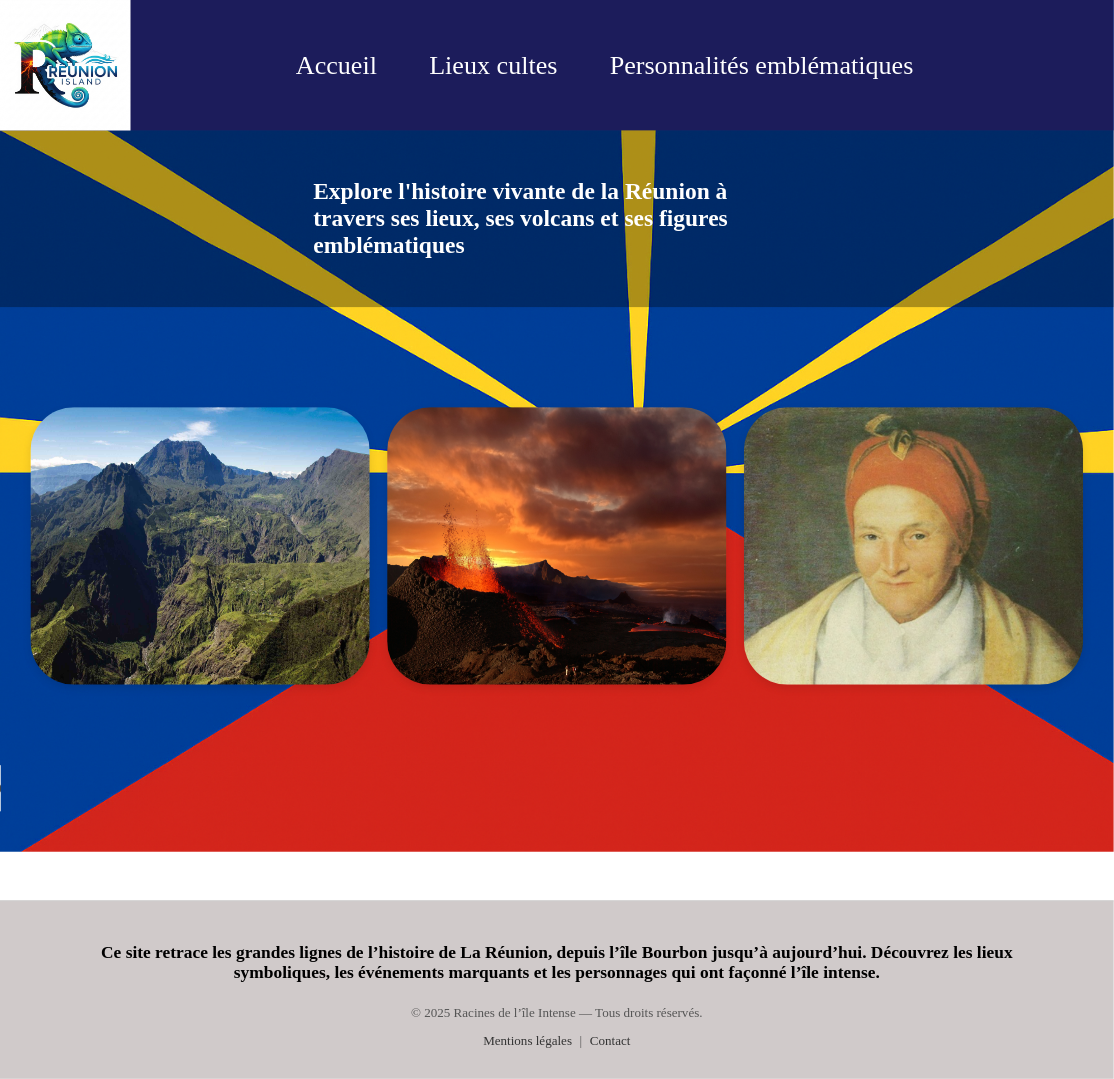
Repository: racinesintense974/Racines-de-lile-intense
Page: index.html
An editor plug-in stored every save of this project. The page is shown before and after the next save, followed by the edit.
The browser window is 1280 px wide. The pictures show the whole page, at 87% of full size.

Above is the page before, as saved 2026-02-12 14:35:14.

After the next save:
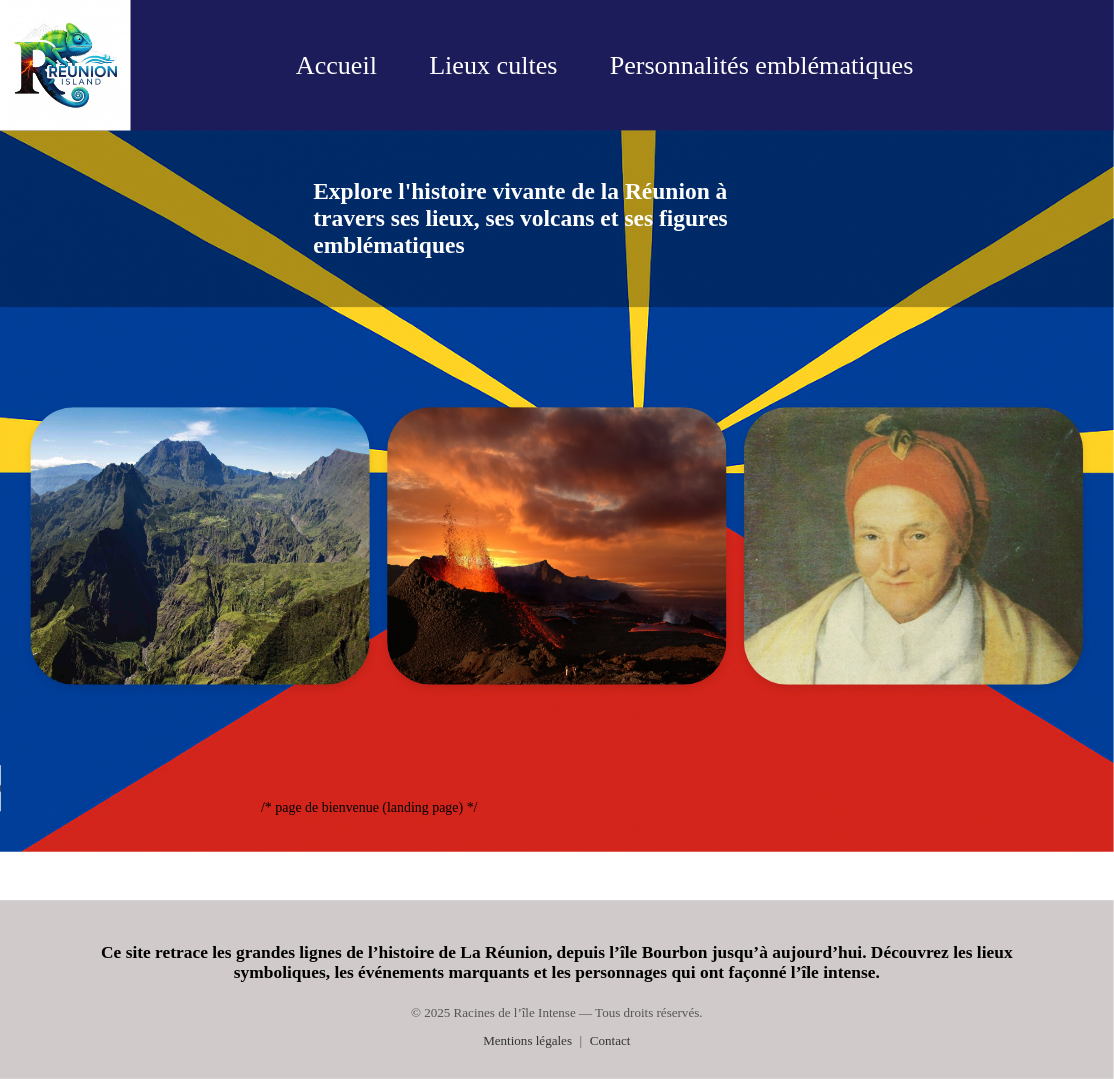
Saved 8 s later.
--- a/index.html
+++ b/index.html
@@ -69,7 +69,7 @@
 
 <audio controls>
   <source src="BASTER - Marmay Lontan.mp3" type="audio/mpeg">
-</audio>
+</audio>/* page de bienvenue (landing page) */
 
 
    <footer class="footer">

After the save that followed:
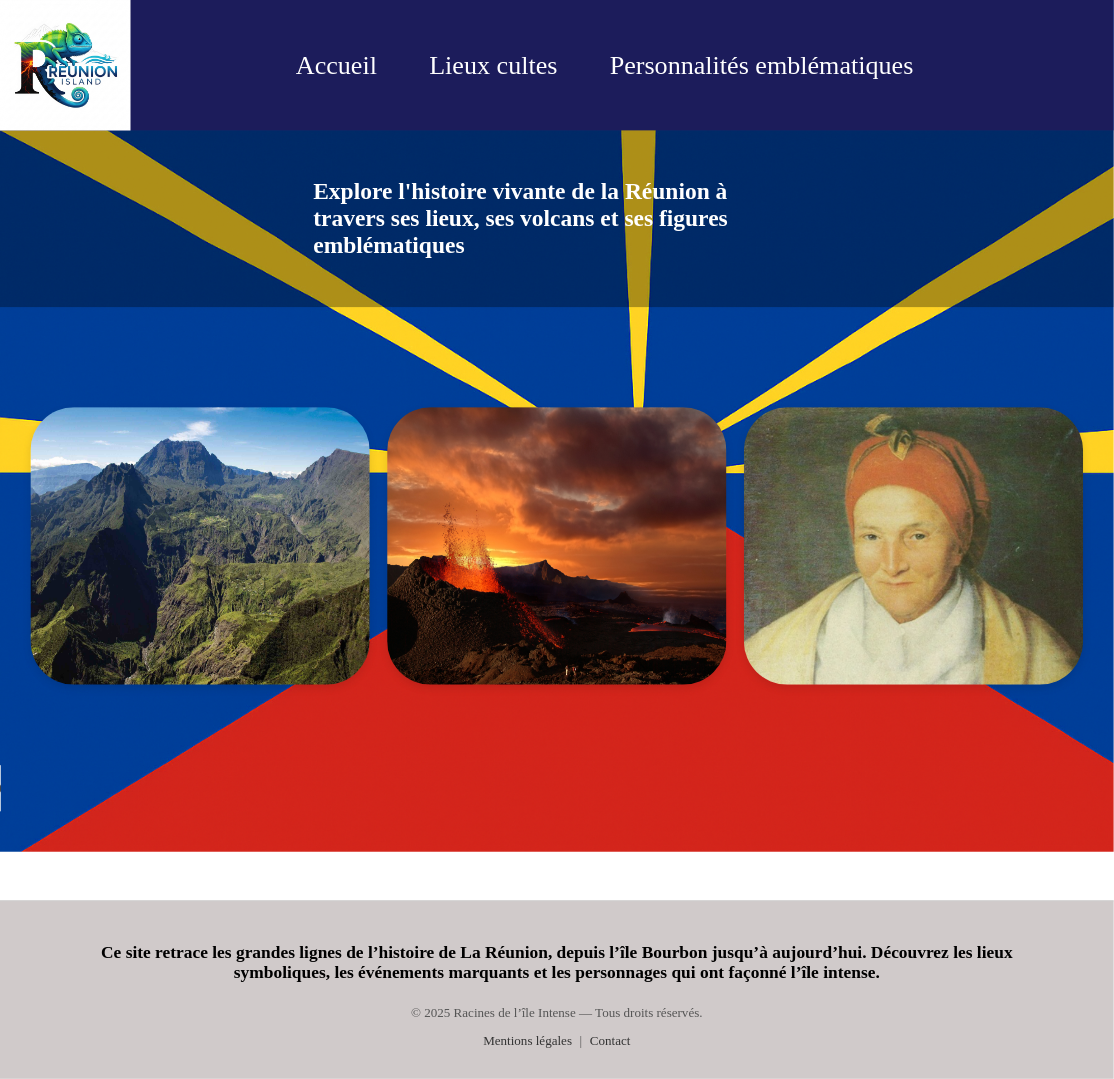
Saved 5 s later.
--- a/index.html
+++ b/index.html
@@ -69,7 +69,7 @@
 
 <audio controls>
   <source src="BASTER - Marmay Lontan.mp3" type="audio/mpeg">
-</audio>/* page de bienvenue (landing page) */
+</audio>
 
 
    <footer class="footer">
